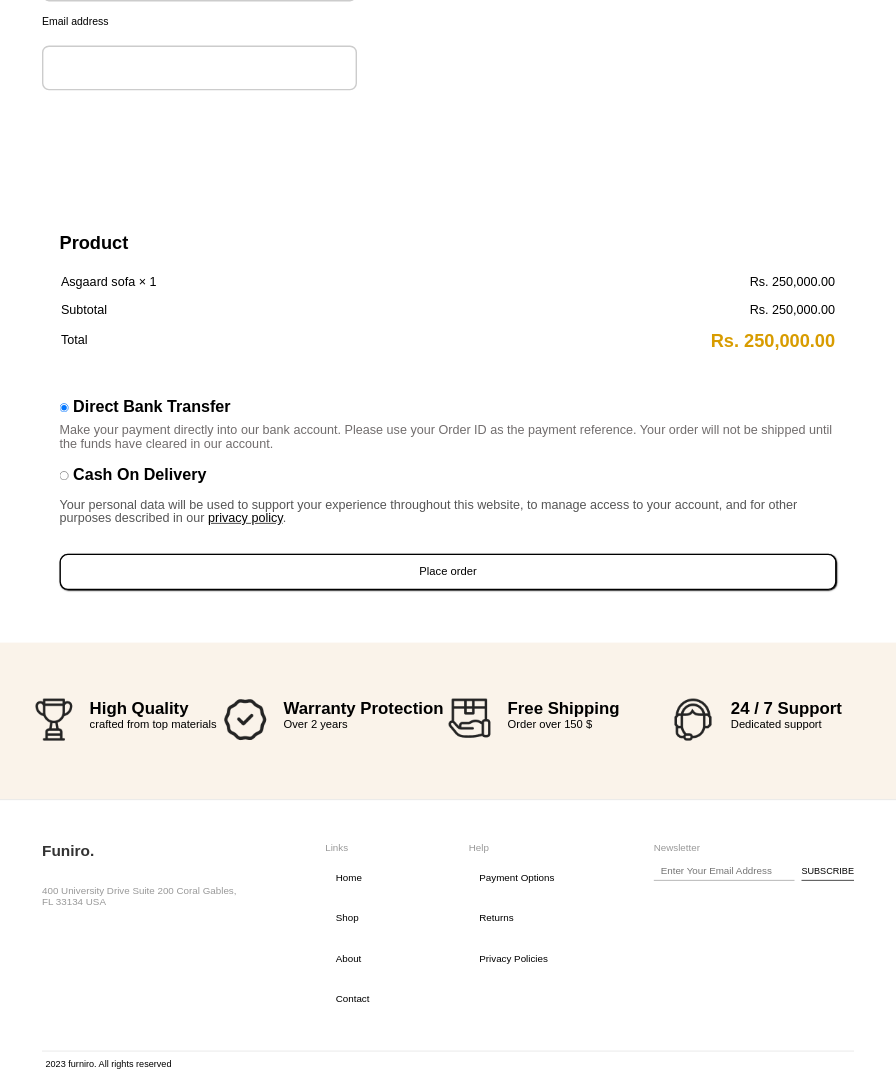
Repository: Ali1Kh/Furniro-ITI
Page: pages/checkout.html
These files come from the project's save history. The page is drawn as it stood at one moment and after the next save; the edit follows.
The browser window is 1280 px wide. The pictures show the part of the page from y = 1210 to 3130 px (the page is 2762 px tall before and 3130 px after), at 70% of full size.

Above is the page before, as saved 2025-07-19 20:49:22.

### pages/checkout.html
<!DOCTYPE html>
<html lang="en">

<head>
  <meta charset="UTF-8">
  <meta name="viewport" content="width=device-width, initial-scale=1.0">
  <title>CheckOut</title>
  <link rel="shortcut icon" href="../assets/icons/Logo.png" type="image/x-icon">
  <link rel="stylesheet" href="../styles/index.css">
  <link rel="stylesheet" href="../styles/checkout.css">
</head>

<body>

  <nav>
    <!-- Navigation -->
    <div class="navBar">
      <div class="text">
        <p>Furniro</p>
      </div>

      <div class="menu-icon" onclick="toggleSidebar()">☰</div>

      <div class="navBarLinks">
        <ul>
          <li><a href="/pages/home.html">Home</a></li>
          <li><a href="/pages/shop.html">Shop</a></li>
          <li><a href="/">About</a></li>
          <li><a href="/pages/contact.html">Contact</a></li>
        </ul>
      </div>

     <div class="navBarIcons">
        <a href="/pages/Compare.html"><i class="fa-solid fa-user"></i></a>
        <a href="/pages/shop.html"><i class="fa-solid fa-magnifying-glass"></i></a>
        <a href="/"><i class="fa-solid fa-heart"></i></a>
        <a href="/pages/checkout.html"><i class="fa-solid fa-cart-plus"></i></a>
      </div>
    </div>


    <!-- Sidebar for mobile -->
    <div class="sidebar" id="sidebar">
      <a href="" onclick="toggleSidebar()">✖</a>
      <a href="">Home</a>
      <a href="/pages/shop.html">Shop</a>
      <a href="/">About</a>
      <a href="/pages/contact.html">Contact</a>
    </div>
  </nav>

  <main class="checkout">
    <div id="home">
      <div class="img-conteaner">
        <img src="../assets/img/Rectangle 1.png" alt="">

        <div class="text-conteaner">
          <img src="../assets/icons/Logo.png" alt="" style="width: 100px;height: 77px;margin-top: -80px; left: 1px; ">
          <h2 style="font-size: 48px; font-family: Poppins; top: 20px;">Checkout</h2>
          <h3 style="top: 30px;left: -11px; "><span style="width: 48;height: 24;top: 295px;left: 660px; ">Home ></span>
            Checkout</h3>
        </div>
      </div>
    </div>

    <div id="content">
      <div class="form">
        <h1 style="font-family: Poppins;font-weight: 600;font-style: SemiBold;font-size: 36px;">Billing details</h1>
        <br><br>
        <form>
          <div class="input" style="width: 200px;">
            <label>First name</label><br>
            <input type="text" name="firatname" id="firatname">
          </div>

          <div class="input" style="width: 200px; position: relative;bottom: 127px;left: 266px;">
            <label>Last name</label><br>
            <input type="text" name="lastname" id="lastname">
          </div>

          <div class="input" style="position: relative; bottom: 90px; width: 450px;">
            <label>Company Name (Optional)</label><br>
            <input type="text" name="Companyname(Optional)" id="Companyname(Optional)">
          </div>

          <div class="input" style="position: relative; bottom: 90px; width: 450px;">
            <label>Country / Region</label><br>
            <select>
              <option></option>
              <option>UK</option>
              <option>Argantina</option>
              <option>Brasil</option>
              <option>Egypt</option>
              <option>USA</option>
            </select>
          </div>

          <div class="input" style="position: relative; bottom: 90px; width: 450px;">
            <label>Street address</label><br>
            <input type="text" name="Streetaddress" id="Streetaddress">
          </div>

          <div class="input" style="position: relative; bottom: 90px; width: 450px;">
            <label>Phone</label><br>
            <input type="number" name="Phone" id="Phone">
          </div>

          <div class="input" style="position: relative; bottom: 90px; width: 450px;">
            <label>Email address</label><br>
            <input type="email" name="Emailaddress" id="Emailaddress">
          </div><br><br>

        </form>
      </div>
      <div class="table">
        <div class="order-summary">
          <h2>Product</h2>
          <table>
            <tr>
              <td>Asgaard sofa × 1</td>
              <td style="text-align: right;">Rs. 250,000.00</td>
            </tr>
            <tr>
              <td>Subtotal</td>
              <td style="text-align: right;">Rs. 250,000.00</td>
            </tr>
            <tr>
              <td>Total</td>
              <td style="text-align: right;" class="total">Rs. 250,000.00</td>
            </tr>
          </table><br><br>

          <div class="payment-methods">
            <label><input type="radio" name="payment" checked> Direct Bank Transfer</label>
            <p>
              Make your payment directly into our bank account. Please use your Order ID as the payment reference. Your
              order will not be shipped until the funds have cleared in our account.
            </p>

            <label><input type="radio" name="payment"> Cash On Delivery</label>
          </div>

          <div class="privacy">
            Your personal data will be used to support your experience throughout this website, to manage access to your
            account, and for other purposes described in our <a href="#">privacy policy</a>.
          </div>

          <button class="btn">Place order</button>
        </div>
      </div>
    </div>

    <div id="quality">
      <div class="1"
        style="display: flex; gap: 1.5rem; padding-top: 80px; padding-bottom: 80px;width: 25%;padding-left: 50px;">
        <div class="l"><img src="../assets/icons/Group copy.png" alt=""></div>
        <div class="r">
          <h2>High Quality</h2>
          <p>crafted from top materials</p>
        </div>

      </div>
      <div class="2" style="display: flex; gap: 1.5rem; padding-top: 80px; padding-bottom: 80px;width: 25%;">
        <div class="l"><img src="../assets/icons/Group (2).png" alt=""></div>
        <div class="r">
          <h2>Warranty Protection</h2>
          <p>Over 2 years</p>
        </div>

      </div>
      <div class="3" style="display: flex; gap: 1.5rem; padding-top: 80px; padding-bottom: 80px;width: 25%;">
        <div class="l"><img src="../assets/icons/Vector (2).png" alt=""></div>
        <div class="r">
          <h2>Free Shipping</h2>
          <p>Order over 150 $</p>
        </div>

      </div>
      <div class="4" style="display: flex; gap: 1.5rem; padding-top: 80px; padding-bottom: 80px;width: 25%;">
        <div class="l"><img src="../assets/icons/customer-support.png" alt=""></div>
        <div class="r">
          <h2>24 / 7 Support</h2>
          <p>Dedicated support</p>
        </div>

      </div>

    </div>
  </main>

  <footer class="footer">
    <div class="footer-container">
      <div class="footer-sec">
        <h2 class="logo">Funiro.</h2>
        <p style="padding-top: 20px;">400 University Drive Suite 200 Coral Gables,<br>FL 33134 USA</p>
      </div>

      <div class="footer-sec">
        <h4>Links</h4>
        <ul>
          <li><a href="#">Home</a></li>
          <li><a href="#">Shop</a></li>
          <li><a href="#">About</a></li>
          <li><a href="#">Contact</a></li>
        </ul>
      </div>

      <div class="footer-sec">
        <h4>Help</h4>
        <ul>
          <li><a href="#">Payment Options</a></li>
          <li><a href="#">Returns</a></li>
          <li><a href="#">Privacy Policies</a></li>
        </ul>
      </div>

      <div class="footer-sec new">
        <h4>Newsletter</h4>
        <div class="subscribe">
          <input type="email" placeholder="Enter Your Email Address">
          <button>SUBSCRIBE</button>
        </div>
      </div>
    </div>

    <div class="footer-bottom">
      <p>2023 furniro. All rights reserved</p>
    </div>
  </footer>

  <script src="../scripts/index.js"></script>

</body>

</html>

### styles/index.css
:root {
  --mainColor: #feeed8;
}

* {
  margin: 0;
  padding: 0;
  box-sizing: border-box;
}

body {
  font-family: "Poppins", sans-serif;
}

.navBar img {
  display: inline;
}

.navBar {
  width: 100%;
  height: 80px;
  display: flex;
  justify-content: space-between;
  align-items: center;
  padding: 0 50px;
  background-color: #fff;
  z-index: 1000;
  position: sticky;
  top: 0;
}

.navBarLinks ul {
  list-style: none;
  display: flex;
  gap: 60px;
}

.navBarLinks a {
  text-decoration: none;
  font-size: 18px;
  color: black;
}

.navBarIcons {
  display: flex;
  gap: 30px;
}

.text p {
  font-weight: bold;
  font-size: 22px;
  color: #b88e2f;
}

/* Sidebar for mobile */
.sidebar {
  height: 100%;
  width: 0;
  position: fixed;
  background-color: #8d8d8d;
  overflow-x: hidden;
  transition: 0.3s;
  padding-top: 60px;
  z-index: 999;
}
.sidebar a {
  padding: 12px 20px;
  text-decoration: none;
  font-size: 20px;
  color: white;
  display: block;
}
.sidebar a:hover {
  background-color: #444;
}

.menu-icon {
  font-size: 28px;
  cursor: pointer;
  display: none;
  padding: 15px;
}

/* Quality */

#quality {
  display: flex;
  background-color: rgba(250, 243, 234, 1);
  width: 100%;
}

/* Page Header */

#pageHeader .imge {
  position: relative;
  width: 100%;
  height: auto;
}

#pageHeader .imge img {
  width: 100%;
  height: auto;
  display: block;
}

#pageHeader .adresIn {
  position: absolute;
  top: 50%;
  left: 50%;
  transform: translate(-50%, -50%);
  color: black;
  text-align: center;
}

#pageHeader .mainP1 {
  font-size: 48px;
}
#pageHeader .scoundP1 {
  font-size: 16px;
}

.footerBox {
  height: 400px;
  width: 100%;
}
.with-line::before,
.with-line::after {
  content: "";
  display: block;
  height: 1px;
  background-color: #c6c6c6;
  margin: 20px auto;
  width: 100%;
}

.with-line::after {
  width: 82%;
}

.infoterbox {
  margin-left: 100px;
  margin-right: 100px;
  display: grid;
  grid-template-columns: 1fr 1fr 1fr 1.5fr;
  gap: 20px;
  padding: 30px;
  color: white;

  height: 100%;
}

.mainFooterBar {
  font-weight: bold;
  font-size: 24px;
  color: #000;
}
.scoundFooterBar {
  font-size: 16px;
  font-weight: 300;
  color: #9f9f9f;
  position: relative;
  top: 40px;
}

.prgraphF {
  position: relative;
  top: 54px;
}

.infoterboxLM a,
.infoterboxRM a {
  display: block;
  margin-top: 55px;
  text-decoration: none;
  color: #000;
  width: 70%;
}

.infoterboxLM p,
.infoterboxRM p,
.prgraphFF p {
  font-size: 16px;
  font-weight: 300;
  color: #9f9f9f;
}

.SUBSCRIBE {
  position: relative;
  top: 53px;
}

.SUBSCRIBE button {
  font-size: 14px;
  font-weight: bold;
  width: 85px;
  height: 21px;
  border: none;
  border-bottom: 1px solid black;
  margin-left: 15px;
  background-color: white;

  cursor: pointer;
}

.SUBSCRIBE input {
  font-size: 14px;
  width: 200px;
  height: 21px;
  color: #9f9f9f;
  border: none;
  border-bottom: 1px solid black;
}

.SUBSCRIBE input:focus {
  outline: none;
}

@media (max-width: 768px) {
  .navBarLinks {
    display: none;
  }
  .menu-icon {
    display: block;
  }
  .navBarIcons {
    display: none;
  }
}

@media (max-width: 767px) {
  .navBarIcons {
    display: none;
  }
}

### styles/checkout.css
* {
  margin: 0;
  padding: 0;
}
.checkout ul {
  list-style: none;
}

.checkout a {
  text-decoration: none;
}

/* start header */

#header {
  background-color: rgb(250, 245, 240);
  border: 1px solid #ccc;
  width: 100%;
  height: 90px;
}
#header .navbar {
  display: flex;
  justify-content: space-between;
  align-items: center;
}
#header .navbar .logo {
  display: flex;
  width: 185;
  height: 41;
  opacity: 1;
  top: 29px;
  left: 54px;
  gap: 5px;
}
#header .navbar img {
  width: 185;
  height: 41px;
  top: 29px;
  left: 54px;
  gap: 5px;
}

/* #header .navbar .imgs{
    width: 300px;
    display: flex;
    position: relative;
    bottom: 10px;
} */

#header .navbar ul {
  display: flex;
}
#header .navbar ul li a {
  position: relative;
  color: black;
  font-size: 25px;
  margin: 0 20px;
  font-weight: bold;
  transition: 0.3s ease;
  bottom: 15px;
}
#header .navbar ul li a:hover {
  color: bisque;
}

/* finish header */

.img-conteaner {
  position: relative;
  width: 100%;
}

.img-conteaner img {
  width: 100%;
  height: 316px;
  top: 100px;
}

.text-conteaner {
  position: absolute;
  top: 50%;
  left: 50%;
  transform: translate(-50%, -50%);
}
.text-conteaner h3 {
  position: relative;
  bottom: 90px;
  left: 40px;
}
.text-conteaner h2 {
  position: relative;
  bottom: 90px;
  left: -50px;
}

/* #content {
  display: flex;
  justify-content: space-between;
  gap: 8rem;
  max-width: 1240px;
  margin: auto;
  padding-top: 100px;
}

.form {
  width: 50%;
} */







#content {
  display: flex;
  justify-content: space-between;
  flex-wrap: wrap; /* مهم جدا */
  gap: 2rem;
  max-width: 1200px;
  margin: auto;
  padding: 50px 20px;
}

.form, .table {
  flex: 1 1 100%; /* هتكون عمودين فوق بعض مبدئياً */
}















.form h1 {
  font-size: 36px;
  font-weight: 600;
  margin-bottom: 30px;
}

form label {
  font-weight: 500;
  margin-bottom: 8px;
  display: block;
  font-size: 15px;
}

form input,
form select {
  width: 100%;
  padding: 22px;
  border: 2px solid #ccc;
  border-radius: 10px;
  font-size: 14px;
}

.input {
  margin-bottom: 20px;
}

.table {
  width: 48%;
}

.order-summary {
  padding: 25px;
}

.order-summary h2 {
  font-size: 26px;
  margin-bottom: 20px;
}

.order-summary table {
  width: 100%;
  margin-bottom: 20px;
}

.order-summary table td {
  padding: 8px 0;
  font-size: 18px;
}

.order-summary .total {
  font-weight: bold;
  color: #d89c00;
  font-size: 26px;
}

.payment-methods label {
  display: block;
  margin-bottom: 10px;
  font-weight: bold;
  font-size: 23px;
}

.payment-methods p {
  font-size: 18px;
  color: #716d6d;
  margin: 10px 0 20px;
  line-height: 1.1;
}

.privacy {
  font-size: 18px;
  color: #555;
  margin: 20px 0;
  line-height: 1.1;
}

.privacy a {
  text-decoration: underline;
  color: black;
}

/* .btn {
  padding: 15px 100px;
  background: #fff;
  border: 2px solid black;
  border-radius: 12px;
  font-size: 16px;
  transition: 0.3s ease;
  margin-left: 100px;
  margin-top: 10px;
  box-shadow: 1px 1px 1px black;
} */




.btn {
  width: 100%;
  padding: 15px;
  background: #fff;
  border: 2px solid black;
  border-radius: 12px;
  font-size: 16px;
  margin-top: 20px;
  box-shadow: 1px 1px 2px black;
}

.btn:hover {
  background-color: #babd8e;
}

.footer {
  background-color: #fff;
  padding: 40px 60px 20px;
  border-top: 1px solid #e0e0e0;
  color: #333;
}

/* .footer-container {
  display: flex;
} */



.footer-container {
  display: flex;
  flex-wrap: wrap;
  justify-content: space-between;
  gap: 2rem;
}


.footer-sec {
  flex: 1 1 100;
  margin: 20px 0;
}

.footer-sec h2.logo {
  font-size: 22px;
  font-weight: 700;
  margin-bottom: 15px;
}

.footer-sec h4 {
  font-size: 14px;
  font-weight: 500;
  color: #999;
  margin-bottom: 10px;
}

.footer-sec ul {
  list-style: none;
  padding: 0;
  margin: 0;
}

.footer-sec ul li {
  margin-bottom: 10px;
  padding: 15px;
}

.footer-sec ul li a {
  text-decoration: none;
  color: #000;
  font-size: 14px;
}

.footer-sec p {
  color: #999;
  font-size: 14px;
}

.new .subscribe {
  display: flex;
  gap: 10px;
  margin-top: 10px;
}

.new input {
  padding: 6px 10px;
  font-size: 14px;
  border: none;
  border-bottom: 1px solid #999;
  outline: none;
}

.new button {
  background: none;
  border: none;
  border-bottom: 1px solid #000;
  color: #000;
  font-size: 13px;
  font-weight: 500;
}

.footer-bottom {
  border-top: 1px solid #e0e0e0;
  padding: 5px;
  margin-top: 20px;
  padding-top: 10px;
  text-align: left;
  font-size: 13px;
  color: #000;
}


.navBar {
  display: flex;
  justify-content: space-between;
  align-items: center;
  padding: 20px 40px;
  flex-wrap: wrap;
}

.navBar .menu-icon {
  display: none;
  font-size: 28px;
  cursor: pointer;
}

.navBarLinks ul,
.navBarIcons {
  display: flex;
  gap: 15px;
}

.sidebar {
  display: none;
  position: fixed;
  top: 0;
  right: 0;
  background-color: white;
  width: 250px;
  height: 100%;
  padding: 20px;
  z-index: 999;
  flex-direction: column;
  box-shadow: -2px 0 10px rgba(0,0,0,0.1);
}

.sidebar a {
  display: block;
  padding: 15px;
  font-size: 18px;
  color: #333;
  text-decoration: none;
}

@media (max-width: 768px) {
  .navBarLinks,
  .navBarIcons {
    display: none;
  }

  .menu-icon {
    display: block;
  }

  .sidebar {
    display: flex;
  }

   .form, .table {
    flex: 1 1 48%;
  }

    .btn {
    width: auto;
    padding: 15px 100px;
    margin-left: 100px;
  }
}

### scripts/index.js
function toggleSidebar() {
  const sidebar = document.getElementById("sidebar");
  if (sidebar.style.width === "250px") {
    sidebar.style.width = "0";
  } else {
    sidebar.style.width = "250px";
  }
}

function toggleSidebar() {
  const sidebar = document.getElementById("sidebar");
  if (sidebar.style.display === "flex") {
    sidebar.style.display = "none";
  } else {
    sidebar.style.display = "flex";
  }
}

After the next save:
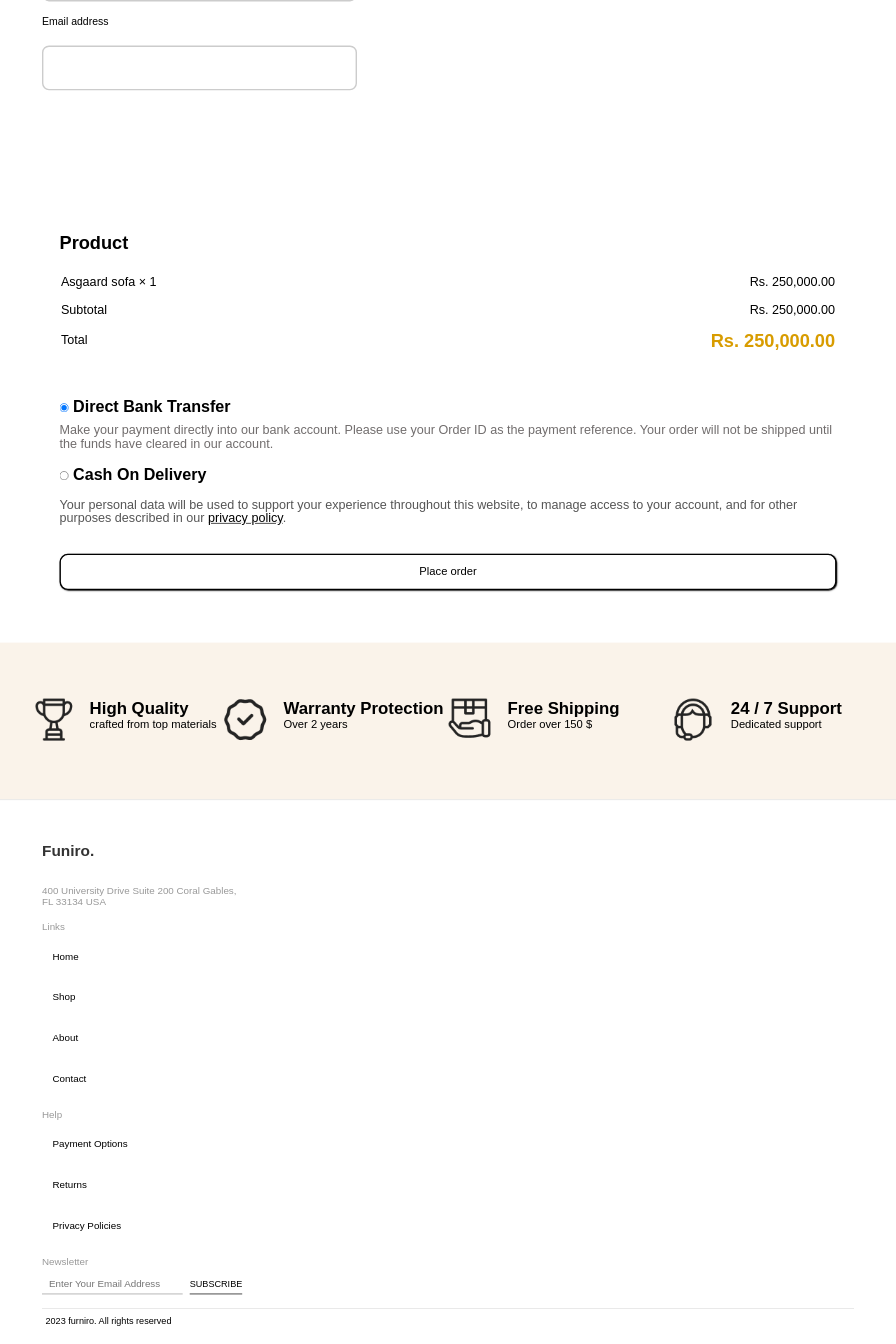
Saved 4 s later.
--- a/styles/checkout.css
+++ b/styles/checkout.css
@@ -263,17 +263,8 @@ form select {
 } */
 
 
-
-.footer-container {
-  display: flex;
-  flex-wrap: wrap;
-  justify-content: space-between;
-  gap: 2rem;
-}
-
-
 .footer-sec {
-  flex: 1 1 100;
+  flex: 1 1 200px;
   margin: 20px 0;
 }
 
